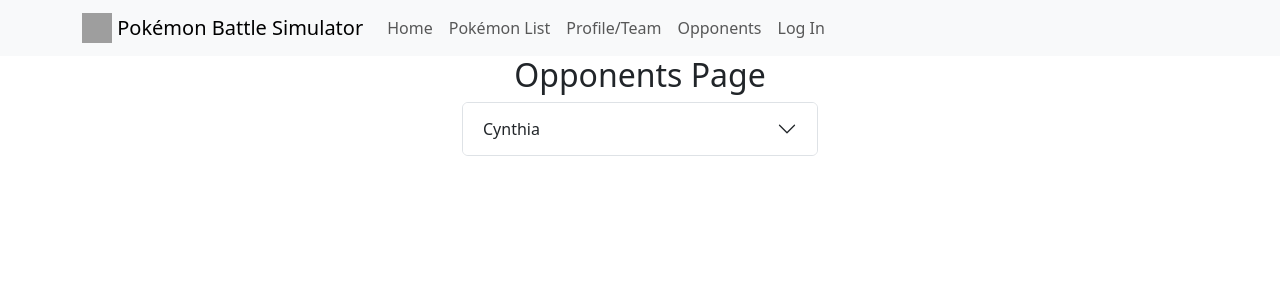
Repository: chsbca/Pokemon-Battle-Simulator
Page: /opponents (app in front-end/)
The author's editor kept a copy of each file at every save. The page is drawn from the files as they stood at one save, then again after the next save.
The browser window is 1280 px wide. The pictures show the whole page.
Pictures or frames that could not be fetched are drawn as grey boxes. The project was rebuilt for these pictures with package versions that can differ from the ones it lists, and the page was loaded fresh each time. Also part of the build but not shown: front-end/vite.config.js, front-end/src/components/ProtectedRoute.jsx, front-end/src/pages/Error404Page.jsx, front-end/src/pages/HomePage.jsx, front-end/src/fetching/PokemonFetch.jsx, front-end/src/pages/PokemonListPage.jsx, front-end/src/pages/ProfilePage.jsx, front-end/src/pages/LoginPage.jsx and 2 more.

Above is the page before, as saved 2024-04-17 15:26:25.

### front-end/index.html
<!doctype html>
<html lang="en">
  <head>
    <meta charset="UTF-8" />
    <link rel="icon" type="image/svg+xml" href="/vite.svg" />
    <meta name="viewport" content="width=device-width, initial-scale=1.0" />
    <title>Pokemon Battle Simulator!</title>
  </head>
  <body>
    <div id="root"></div>
    <script type="module" src="/src/main.jsx"></script>
  </body>
</html>

### front-end/src/main.jsx
import ReactDOM from "react-dom/client";
import { RouterProvider } from "react-router-dom";
import { UserProvider } from "./components/UserContext"; // Make sure this path is correct
import router from "./router";
import "bootstrap/dist/css/bootstrap.min.css";
// import './App.css'

ReactDOM.createRoot(document.getElementById('root')).render(
  <UserProvider>
    <RouterProvider router={router}/>
  </UserProvider>
);

### front-end/src/components/UserContext.jsx
import React, { createContext, useContext, useState, useEffect } from 'react';

const UserContext = createContext(null);

export const UserProvider = ({ children }) => {
    const [user, setUser] = useState(() => {
        const savedUser = localStorage.getItem('user');
        console.log('Initializing user from localStorage:', savedUser);
        return savedUser ? JSON.parse(savedUser) : null;
    });

    useEffect(() => {
        console.log('User state updated:', user);
    }, [user]);

    return (
        <UserContext.Provider value={{ user, setUser }}>
            {children}
        </UserContext.Provider>
    );
};

export const useUser = () => useContext(UserContext);

### front-end/src/router.jsx
import { createBrowserRouter } from "react-router-dom";
import ProtectedRoute from "./components/ProtectedRoute.jsx"
import App from "./App.jsx"
import Error404Page from "./pages/Error404Page.jsx";
import HomePage from "./pages/HomePage.jsx"
import PokemonListPage from "./pages/PokemonListPage.jsx";
import ProfilePage from "./pages/ProfilePage.jsx";
import OpponentsPage from "./pages/OpponentsPage.jsx";
import LoginPage from "./pages/LoginPage.jsx";
import SignUpPage from "./pages/SignUpPage.jsx";
import BattlePage from "./pages/BattlePage.jsx";

const router = createBrowserRouter([
    {
        path: "/",
        element: <App/>,
        children: [
            {
                index: true,
                element: <HomePage/>
            },
            {
                path: "/pokemon_list/",
                element: <PokemonListPage/>
            },
            {
                path: "/profile/",
                element: <ProtectedRoute><ProfilePage/></ProtectedRoute>
            },
            {
                path: "/opponents/",
                element: <OpponentsPage/>
            },
            {
                path: "/battle/:opponentEmail",
                element: <BattlePage/>,
            },
            {
                path: "/login/",
                element: <LoginPage/>
            },
            {
                path: "/signup/",
                element: <SignUpPage/>
            }
        ],
        errorElement: <Error404Page/>
    }
])

export default router;

### front-end/src/App.jsx
import { Outlet } from "react-router-dom"
import NavbarComponent from "./components/Navbar"

export default function App() {
  return (
    <>
      <NavbarComponent/>
      <Outlet/>
    </>
  )
}

### front-end/src/pages/OpponentsPage.jsx
import React, { useState } from 'react';
import { useNavigate } from 'react-router-dom';
import axios from 'axios';
import { Container, Row, Col, Offcanvas, Accordion } from 'react-bootstrap';
import { capitalizeAndFormat } from '../components/formatUtils';

export default function OpponentsPage() {
    const [team, setTeam] = useState([]);
    const [showOffcanvas, setShowOffcanvas] = useState(false);
    const navigate = useNavigate();  // Hook to programmatically navigate

    const fetchTeam = (email) => {
        axios.get(`http://localhost:8000/api/teams/user_team_by_email/${encodeURIComponent(email)}/`)
            .then(response => {
                setTeam(response.data);
                setShowOffcanvas(true);  // Show the offcanvas when data is loaded
            })
            .catch(error => {
                console.error('Error fetching team:', error);
            });
    };

    // Function to navigate to the battle page
    const handleFightClick = (email) => {
        navigate(`/battle/${encodeURIComponent(email)}`);
    };
    return (
        <Container>
            <Row className="justify-content-center">
                <Col md={4} className="d-flex flex-column align-items-center"> {/* Adjust the column size as needed */}
                    <h2 style={{ textAlign: 'center', width: '100%' }}>Opponents Page</h2>
                    <Accordion style={{ width: '100%' }}>
                        <Accordion.Item eventKey="0">
                            <Accordion.Header>Cynthia</Accordion.Header>
                            <Accordion.Body>
                                <div className="text-center">
                                    <img src='https://archives.bulbagarden.net/media/upload/8/83/Spr_B2W2_Cynthia.png' alt="Cynthia" /> <br />
                                    <strong>First Game Appearance:</strong> <br />
                                    Pokémon Diamond and Pearl<br />
                                    <strong>Role:</strong> <br />
                                    Champion of the Elite Four<br />
                                    <button onClick={() => fetchTeam('cynthia@champion.com')} className="btn btn-primary mt-2">
                                        Pokémon Team
                                    </button>
                                    <button onClick={() => handleFightClick('cynthia@champion.com')} className="btn btn-danger mt-2">
                                        Fight
                                    </button>
                                </div>
                            </Accordion.Body>
                        </Accordion.Item>
                    </Accordion>

                    <Offcanvas show={showOffcanvas} onHide={() => setShowOffcanvas(false)} placement="end">
                        <Offcanvas.Header closeButton>
                            <Offcanvas.Title>Cynthia's Pokémon Team</Offcanvas.Title>
                        </Offcanvas.Header>
                        <Offcanvas.Body>
                            {team.length > 0 ? (
                                <ul>
                                    {team.map((pokemon, index) => (
                                        <li key={index}>{capitalizeAndFormat(pokemon.pokemon_name)} - Types: {capitalizeAndFormat(pokemon.types.join(', '))}</li>
                                    ))}
                                </ul>
                            ) : <p>No Pokémon found.</p>}
                        </Offcanvas.Body>
                    </Offcanvas>
                </Col>
            </Row>
        </Container>
    );

}

### front-end/src/components/Navbar.jsx
import React from 'react';
import { Container, Navbar, Nav, Button } from 'react-bootstrap';
import { Link, useNavigate } from "react-router-dom";
import axios from 'axios';
import { useUser } from './UserContext';  // Correct import path based on your file structure

export default function NavbarComponent() {
  const { user, setUser } = useUser(); // Correctly access user and setUser
  const navigate = useNavigate();

  const handleLogout = async () => {
    const token = localStorage.getItem('token');
    console.log('Token being sent:', token); // This should print the actual token, not null or undefined
    try {
      const response = await axios.post('http://localhost:8000/poke_user/logout/', {}, {
        headers: { 'Authorization': `Token ${token}` }
      });
      console.log('Logout successful:', response.data);
      localStorage.removeItem('user');
      localStorage.removeItem('token');
      setUser(null);
      navigate('/');
    } catch (error) {
      console.error('Logout failed:', error);
      alert('Logout failed!');
    }
};



  console.log("Current User in Navbar:", user); // Log the current user state

  return (
    <>
      <Navbar expand="lg" className='bg-body-tertiary'>
        <Container>
          <Navbar.Brand as={Link} to="/">
            <img
              alt=""
              src="/pokeball_icon.svg.png"
              width="30"
              height="30"
              className='d-inline-block align-top'
            />{' '}
            Pokémon Battle Simulator
          </Navbar.Brand>
          <Navbar.Toggle aria-controls='basic-navbar-nav'/>
          <Navbar.Collapse id='basic-navbar-nav'>
            <Nav className="me-auto">
              <Nav.Link as={Link} to="/">Home</Nav.Link>
              <Nav.Link as={Link} to="pokemon_list/">Pokémon List</Nav.Link>
              <Nav.Link as={Link} to="profile/">Profile/Team</Nav.Link>
              <Nav.Link as={Link} to="opponents/">Opponents</Nav.Link>
              {!user ? (
                <Nav.Link as={Link} to="/login/">Log In</Nav.Link>
              ) : (
                <Button onClick={handleLogout} variant="outline-danger">Log Out</Button>
              )}
            </Nav>
          </Navbar.Collapse>
        </Container>
      </Navbar>
    </>
  );
}

### front-end/src/components/formatUtils.js
export const capitalizeAndFormat = (text) => {
    if (!text) return '';  // Return an empty string if text is not provided
    return text
        .replace(/-/g, ' ')  // Replace all hyphens with spaces
        .split(' ')  // Split the string at each space
        .map(part => part.charAt(0).toUpperCase() + part.slice(1).toLowerCase())  // Capitalize the first letter of each part and make sure the rest are lowercase
        .join(' ');  // Join the parts back together with spaces
};

After the next save:
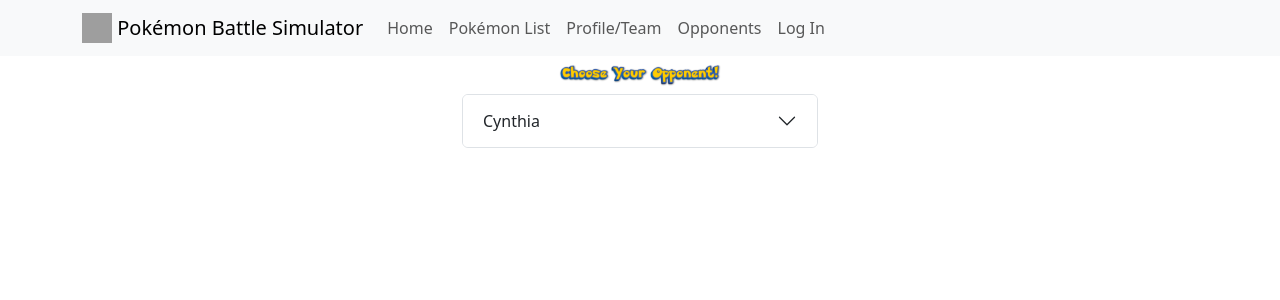
Saved 4 min 10 s later.
--- a/front-end/src/pages/OpponentsPage.jsx
+++ b/front-end/src/pages/OpponentsPage.jsx
@@ -28,7 +28,10 @@
         <Container>
             <Row className="justify-content-center">
                 <Col md={4} className="d-flex flex-column align-items-center"> {/* Adjust the column size as needed */}
-                    <h2 style={{ textAlign: 'center', width: '100%' }}>Opponents Page</h2>
+                    {/* <h2 style={{ textAlign: 'center', width: '100%' }}>Opponents Page</h2> */}
+                    <div style={{ textAlign: 'center' }}>
+                <img src="/chooseyouropponent.png" alt="Opponent Page" style={{ maxWidth: '50%', height: 'auto' }} />
+            </div>
                     <Accordion style={{ width: '100%' }}>
                         <Accordion.Item eventKey="0">
                             <Accordion.Header>Cynthia</Accordion.Header>
